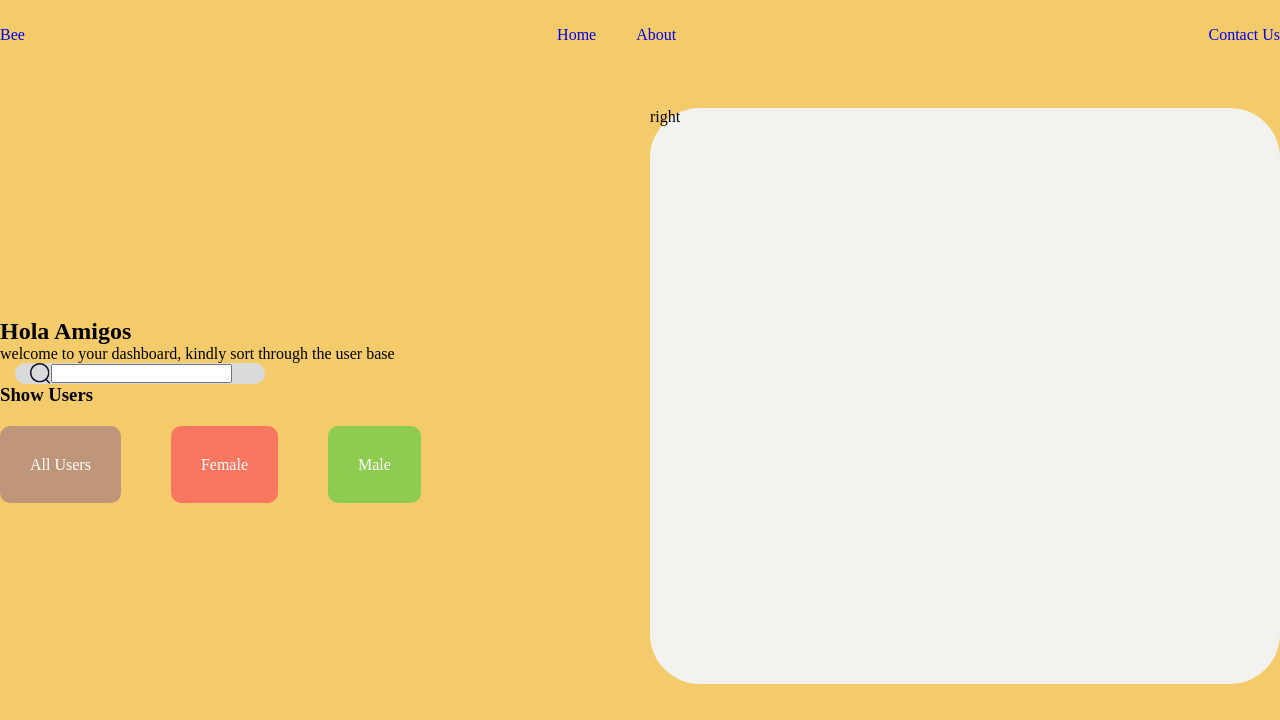
Repository: ble-syn/Random-user-generator-app
Page: /
An editor plug-in stored every save of this project. The page is shown before and after the next save, followed by the edit.
The browser window is 1280 px wide. The pictures show the whole page.
The project was rebuilt for these pictures with package versions that can differ from the ones it lists, and the page was loaded fresh each time. Also part of the build but not shown: src/pages/About.jsx, src/pages/Policy.jsx, src/pages/Terms.jsx, src/pages/Contact.jsx, src/pages/NotFound.jsx.

Above is the page before, as saved 2022-10-26 01:10:34.

After the next save:
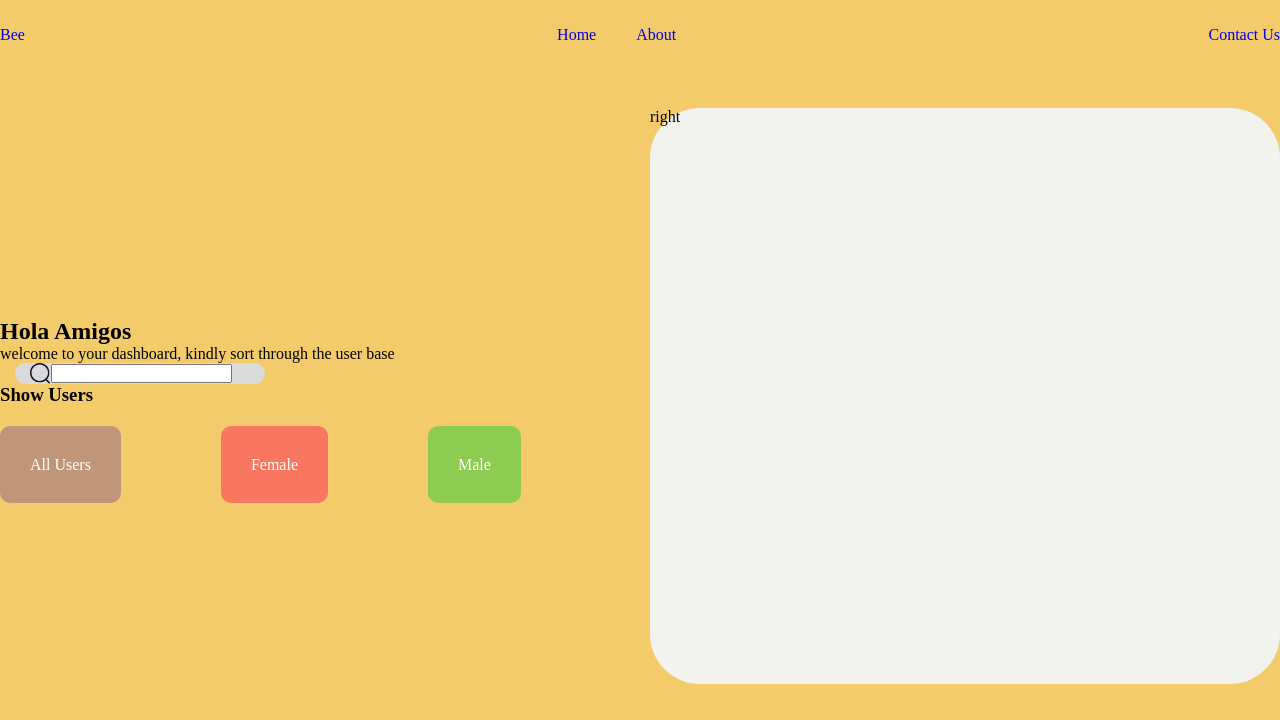
Saved 33 s later.
--- a/src/index.css
+++ b/src/index.css
@@ -63,7 +63,7 @@ nav {
   margin-top: 50px;
 }
 .user-link{
-  margin-right: 50px;
+  margin-right: 100px;
   padding: 30px;
   border-radius: 10px;
   color: #FFF;
